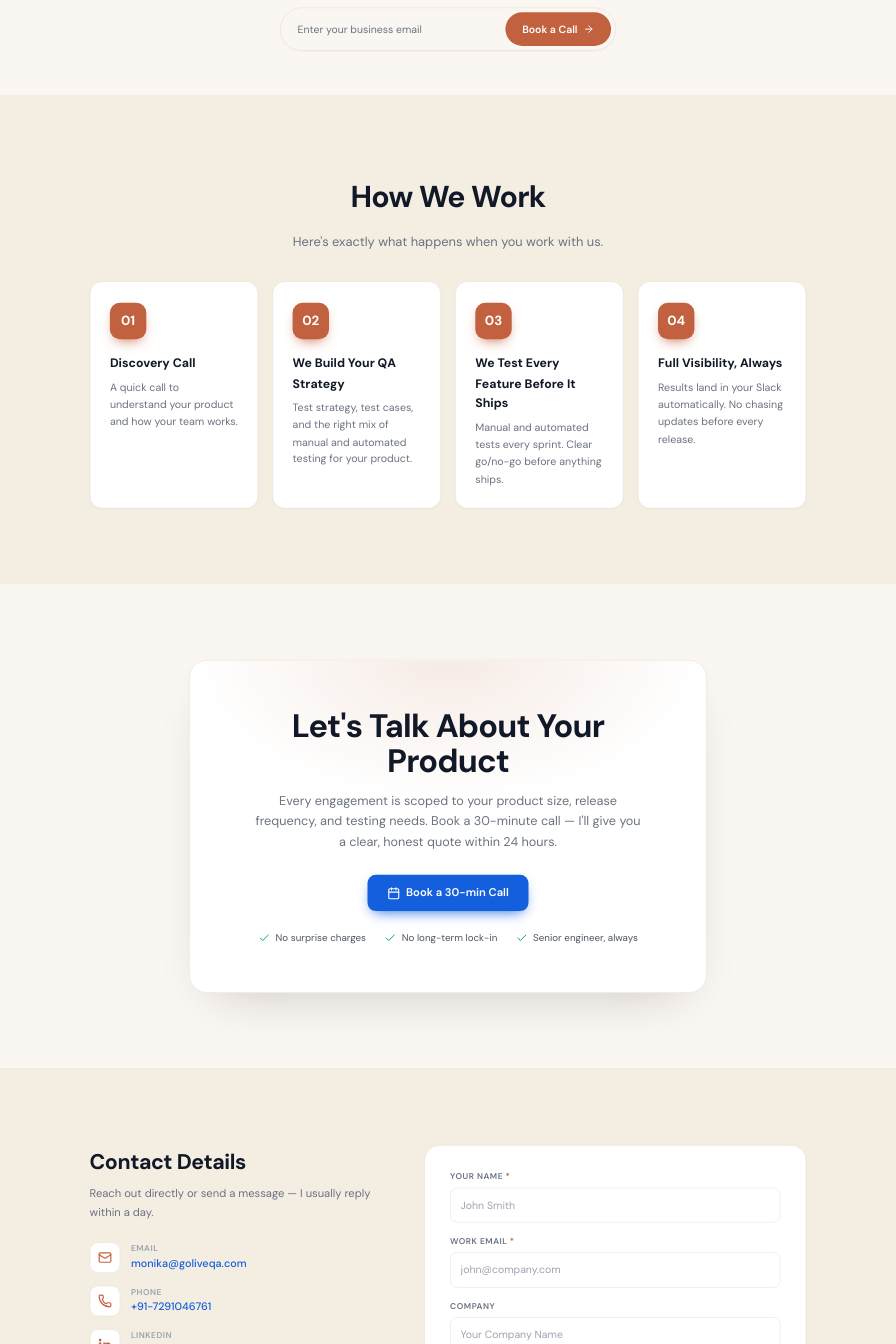
Repository: Monika281992/GoLiveQA
Page: /
These files come from the project's save history. The page is drawn as it stood at one moment and after a run of saves; the edit follows.
The browser window is 1280 px wide. The pictures show the part of the page from y = 391 to 2311 px (the page is 2887 px tall before and 3589 px after), at 70% of full size.
The project was rebuilt for these pictures with package versions that can differ from the ones it lists, and the page was loaded fresh each time. The framework's server and built-in components were replaced by stand-ins that run in the browser. Also part of the build but not shown: next.config.mjs.

Above is the page before, as saved 2026-06-27 13:03:33.

After the next 2 saves:
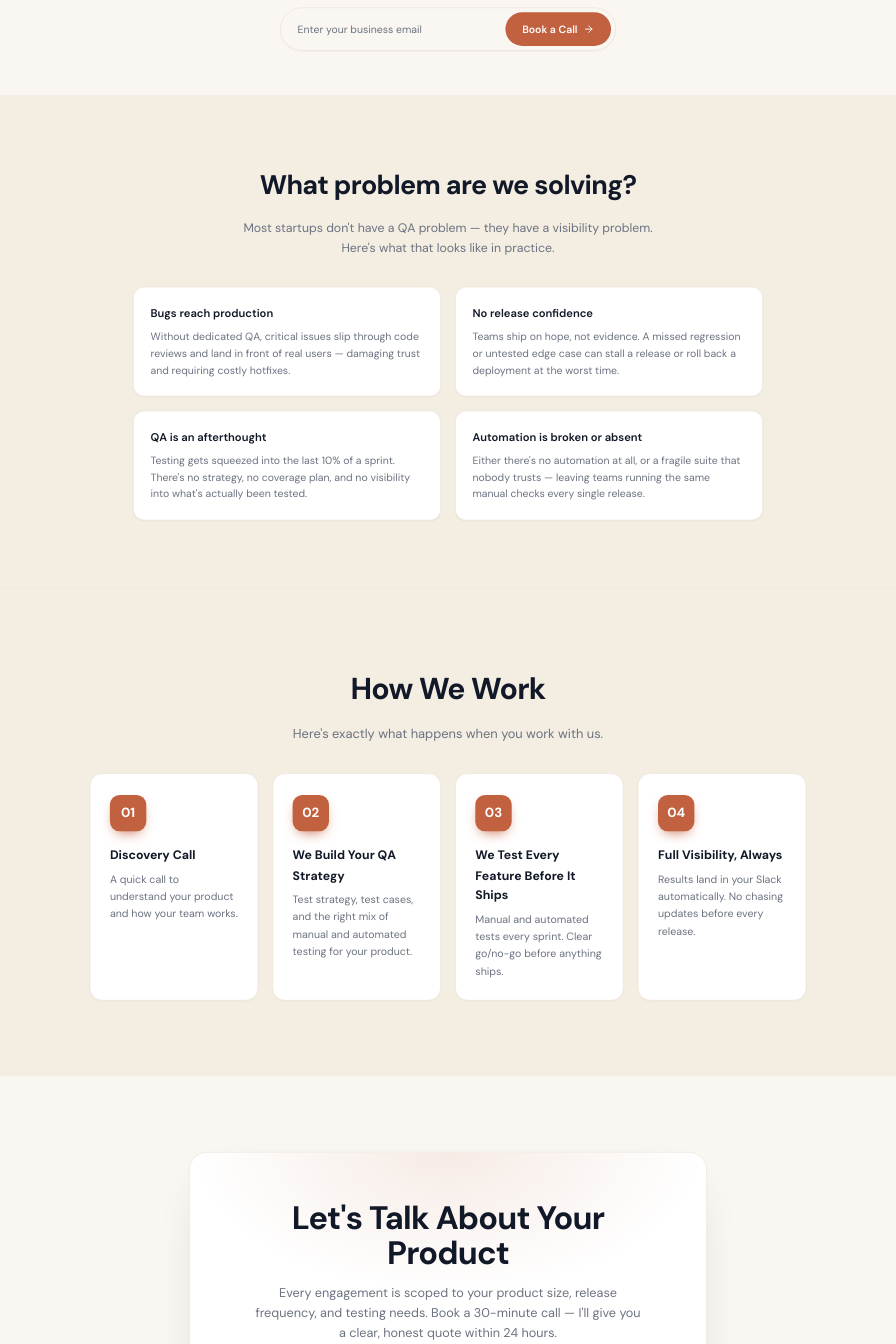
The 2 saves are shown as one change because they came seconds apart.
The last was saved 6 s later.
--- a/app/page.tsx
+++ b/app/page.tsx
@@ -1,5 +1,6 @@
 import { Navbar } from "@/components/navbar";
 import { Hero } from "@/components/hero";
+import { Problem } from "@/components/problem";
 import { Process } from "@/components/process";
 import { Pricing } from "@/components/pricing";
 import { Contact } from "@/components/contact";
@@ -11,6 +12,7 @@ export default function Home() {
       <Navbar />
       <main>
         <Hero />
+        <Problem />
         <Process />
         <Pricing />
         <Contact />
